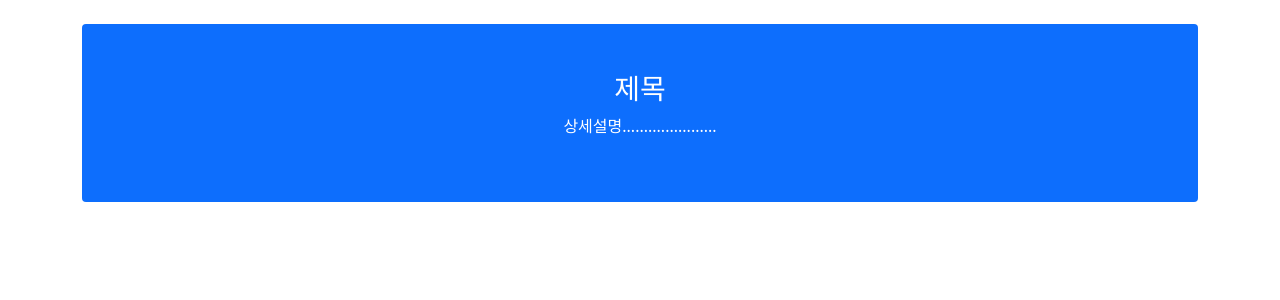
Repository: minokki/mino
Page: http://localhost/lec03_mvc/user/user_delete.jsp
These files come from the project's save history. The page is drawn as it stood at one moment and after the next save; the edit follows.
The browser window is 1280 px wide. The pictures show the whole page.
Some web libraries are served in a nearby version. The page is served by Tomcat 9. Other server files are loaded and not shown.

Above is the page before, as saved 2022-12-28 06:51:50.

### spring/lec03_mvc/src/main/webapp/user/user_delete.jsp
<%@page language="java" contentType="text/html; charset=UTF-8" pageEncoding="UTF-8"%>
<%@taglib uri="http://java.sun.com/jsp/jstl/core" prefix="c" %>
<!DOCTYPE html>
<html>
<head>
   <title>Spring Framework</title>
   <meta charset="UTF-8">
    <meta name="viewport" content="width=device-width, initial-scale=1">
   <link rel="stylesheet" href="https://use.fontawesome.com/releases/v5.4.1/css/all.css"
      integrity="sha384-5sAR7xN1Nv6T6+dT2mhtzEpVJvfS3NScPQTrOxhwjIuvcA67KV2R5Jz6kr4abQsz"
      crossorigin="anonymous">
   <link href="https://cdn.jsdelivr.net/npm/bootstrap@5.0.2/dist/css/bootstrap.min.css" rel="stylesheet" integrity="sha384-EVSTQN3/azprG1Anm3QDgpJLIm9Nao0Yz1ztcQTwFspd3yD65VohhpuuCOmLASjC" crossorigin="anonymous">
   <script src="https://cdn.jsdelivr.net/npm/bootstrap@5.0.2/dist/js/bootstrap.bundle.min.js" integrity="sha384-MrcW6ZMFYlzcLA8Nl+NtUVF0sA7MsXsP1UyJoMp4YLEuNSfAP+JcXn/tWtIaxVXM" crossorigin="anonymous"></script>
</head>
<body>
   <div class="container" align="center">
      <div class="mt-4 p-5 bg-primary text-white rounded">
         <h3>제목</h3>
         <p>상세설명......................</p>

      </div>
      <br>


   </div>
</body>
</html>

After the next save:
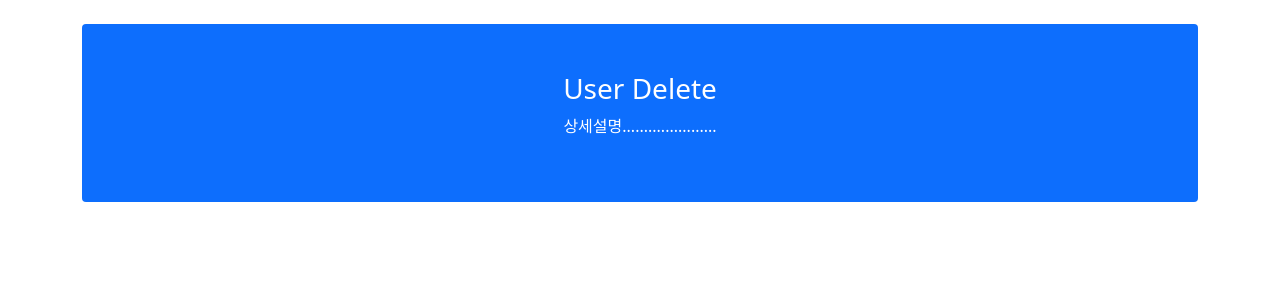
Saved 3 min 45 s later.
--- a/spring/lec03_mvc/src/main/webapp/user/user_delete.jsp
+++ b/spring/lec03_mvc/src/main/webapp/user/user_delete.jsp
@@ -15,12 +15,16 @@
 <body>
    <div class="container" align="center">
       <div class="mt-4 p-5 bg-primary text-white rounded">
-         <h3>제목</h3>
+         <h3>User Delete</h3>
          <p>상세설명......................</p>
 
       </div>
       <br>
 
+      <form action="deleteUser.do" method="post">
+       <input type="hidden" name="id" value="${param.id}">
+       <button type = "submit" class="btn btn-danger text-white></button>
+      </form>
 
    </div>
 </body>
